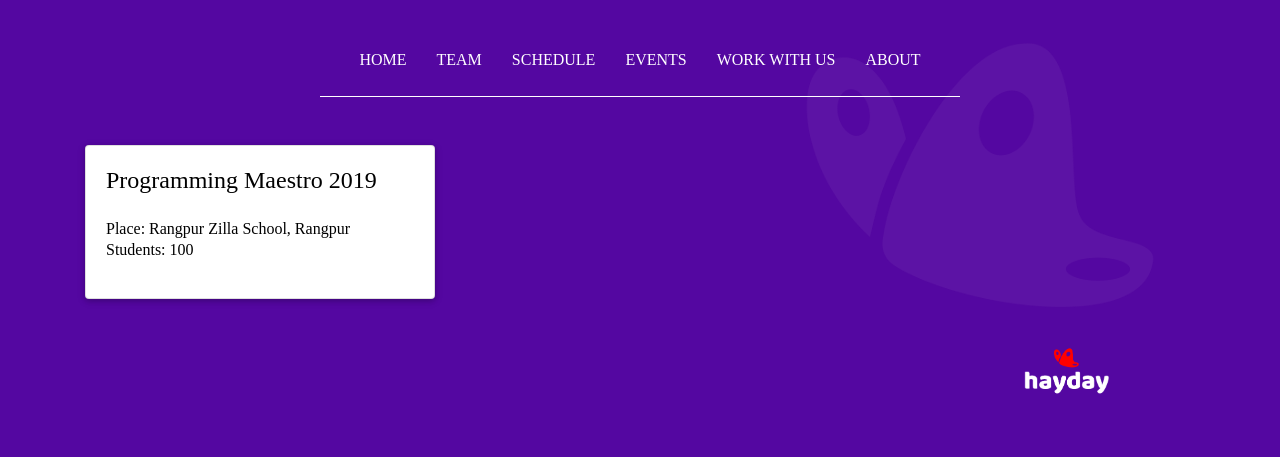
Repository: im1971/company-web
Page: event.html
The author's editor kept a copy of each file at every save. The page is drawn from the files as they stood at one save, then again after the next save.
The browser window is 1280 px wide. The pictures show the whole page.
Some web fonts or font styles are not loaded; a fallback is used.

Above is the page before, as saved 2020-02-02 11:36:32.

### event.html
<!DOCTYPE html>
<html>

<head>
    <meta charset="utf-8">
    <meta name="viewport" content="width=device-width, initial-scale=1">
    <title>hayday</title>
    <link rel="shortcut icon" type="img/x-icon" href="img/fav.png" />
    <link rel="stylesheet" href="css/mdb.min.css">
    <link rel="stylesheet" href="css/bootstrap.min.css">
    <link rel="stylesheet" href="css/fontawesome.min.css">
    <link rel="stylesheet" href="css/all.min.css">
    <link rel="stylesheet" href="css/style.css">
    <!-- fonts -->
    <link href="https://fonts.googleapis.com/css?family=Baloo+Bhai&display=swap" rel="stylesheet">
    <!-- fonts -->

</head>

<body>

    <div class="wrap_hayday">
        <div class="back_img"></div>
        <div class="container-fluid">
            <div class="row justify-content-center pb-5">
                <div class="col-md-12">
                    <nav class="navbar navbar-expand-lg">
                        <button class="navbar-toggler" type="button" data-toggle="collapse" data-target="#navbarSupportedContent" aria-controls="navbarSupportedContent" aria-expanded="false" aria-label="Toggle navigation">
                            <i class="fas fa-bars"></i>
                        </button>

                        <div class="collapse navbar-collapse" id="navbarSupportedContent">

                            <ul class="navbar-nav m-auto text-uppercase">
                                <li class="nav-item active">
                                    <a class="nav-link" href="index.html">Home</a>
                                </li>
                                <li class="nav-item">
                                    <a class="nav-link" href="team.html">Team</a>
                                </li>
                                <li class="nav-item">
                                    <a class="nav-link" href="schedule.html">SCHEDULE</a>
                                </li>
                                <li class="nav-item">
                                    <a class="nav-link" href="event.html">Events</a>
                                </li>
                                <li class="nav-item">
                                    <a class="nav-link" href="workWithUs.html">Work With us</a>
                                </li>
                                <li class="nav-item">
                                    <a class="nav-link" href="about.html">About</a>
                                </li>
                            </ul>
                        </div>
                    </nav>
                </div>
                <div class="col-md-6 border_deco pt-3"></div>
            </div>
            <div class="container">
                <div class="row justify-content-start">
                    <div class="col-md-4">
                        <div class="card wrap_event">
                            <div class="card-body">
                                <h4 class="mb-4">Programming Maestro 2019</h4>
                                <h6 class="mb-0">Place: Rangpur Zilla School, Rangpur</h6>
                                <p>Students: 100</p>
                            </div>
                        </div>
                    </div>
                </div>
            </div>
            <div class="row justify-content-end my-5">
                <div class="col-md-4 m-autp">
                    <div class="middle_body">
                        <div class="logo">
                            <img src="img/logo.png" alt="" style="height: 50px">
                        </div>
                        <!-- <p>Read about our Inspiration</p> -->
                    </div>
                </div>
            </div>
        </div>
    </div>
    </div>



    <!-- <script src="https://code.jquery.com/jquery-3.4.1.slim.min.js" integrity="sha384-J6qa4849blE2+poT4WnyKhv5vZF5SrPo0iEjwBvKU7imGFAV0wwj1yYfoRSJoZ+n" crossorigin="anonymous"></script>
    <script src="https://cdn.jsdelivr.net/npm/popper.js@1.16.0/dist/umd/popper.min.js" integrity="sha384-Q6E9RHvbIyZFJoft+2mJbHaEWldlvI9IOYy5n3zV9zzTtmI3UksdQRVvoxMfooAo" crossorigin="anonymous"></script>
    <script src="https://stackpath.bootstrapcdn.com/bootstrap/4.4.1/js/bootstrap.min.js" integrity="sha384-wfSDF2E50Y2D1uUdj0O3uMBJnjuUD4Ih7YwaYd1iqfktj0Uod8GCExl3Og8ifwB6" crossorigin="anonymous"></script> -->

    <script type="text/javascript" src="js/jquery.min.js"></script>
    <!-- Bootstrap tooltips -->
    <script type="text/javascript" src="js/popper.min.js"></script>
    <!-- Bootstrap core JavaScript -->
    <script type="text/javascript" src="js/bootstrap.min.js"></script>
    <!-- MDB core JavaScript -->
    <script type="text/javascript" src="js/mdb.min.js"></script>


</body>

</html>

### css/style.css
body {
    padding: 0;
    margin: 0;
    background: #5407A1;
    color: #fff !important;
    font-family: 'Baloo Bhai', cursive;
    position: relative;
}


/* global */

html {
    overflow: scroll;
    overflow-x: hidden;
}

::-webkit-scrollbar {
    width: 0px;
    background: transparent;
}


/* Optional: show position indicator in red */

::-webkit-scrollbar-thumb {
    background: #FF0000;
}


/* global */

.back_img {
    background-image: url(../img/back.png);
    height: 350px;
    width: 600px;
    position: absolute;
    background-position: center center;
    background-size: cover;
    opacity: 5%;
    /* top: 30%; */
    right: 0;
}


/* header */

.wrap_hayday .navbar {
    box-shadow: none;
}

.wrap_hayday .container-fluid {
    min-height: 100vh;
}

.wrap_hayday nav .nav-link {
    padding-right: 15px !important;
    padding-left: 15px !important;
    color: #fff;
    font-family: 'Baloo Bhai', cursive;
}

.wrap_hayday .border_deco {
    border-bottom: .25px solid #fff;
}

.wrap_hayday nav .nav-link:hover {
    color: #FF0000;
    transition-duration: 0.5s;
}

.wrap_hayday .navbar {
    padding: 40px;
    padding-bottom: 0;
}


/* header */


/* middle body */

.wrap_hayday .middle_body_height {
    height: 50vh;
}

.wrap_hayday .middle_body {
    text-align: center;
}

.wrap_hayday .middle_body .logo img {
    height: 100px;
}

.wrap_hayday .others_page_middle {
    text-align: center;
    position: absolute;
    right: 30px;
    bottom: 0;
}

.wrap_hayday .others_page_middle img {
    height: 70px;
}


/* middle body */


/* footer-body */

.myprogress {
    min-width: 100%;
    margin: 0px auto;
    text-align: center;
}

.myprogress .circle {
    display: inline-block;
    background: #fff;
    width: 50px;
    height: 50px;
    border-radius: 80px;
    border: 1px solid #d5d5da;
    cursor: pointer;
}

.myprogress .circle:hover {
    background: #FF0000;
    color: #5407A1;
    transition-duration: 0.5s;
}

.myprogress .bar {
    position: relative;
    width: 100px;
    padding-right: 15px;
    font-family: none;
}

.myprogress .circle .label {
    display: inline-block;
    width: 40px;
    height: 40px;
    line-height: 30px;
    border-radius: 40px;
    font-size: 24px;
}

.myprogress .circle .title {
    color: #5407A1;
    font-size: 24px;
    line-height: 50px;
    cursor: pointer;
}

.myprogress .circle .title:hover {
    color: #fff;
}

.myprogress i {
    font-size: 11px;
}

.abc {
    animation: pulse 1s infinite;
    color: #FF0000;
}

.pulse {
    -webkit-animation-duration: 3s;
    -webkit-animation-delay: 2s;
    -webkit-animation-iteration-count: 5;
}

@-webkit-keyframes scroll {
    0% {
        -webkit-transform: translateX(0);
        transform: translateX(0);
    }
    100% {
        -webkit-transform: translateX(calc(-250px * 7));
        transform: translateX(calc(-250px * 7));
    }
}

@keyframes scroll {
    0% {
        -webkit-transform: translateX(0);
        transform: translateX(0);
    }
    100% {
        -webkit-transform: translateX(calc(-250px * 7));
        transform: translateX(calc(-250px * 7));
    }
}

.slider {
    /* background: white; */
    /* box-shadow: 0 10px 20px -5px rgba(0, 0, 0, 0.125); */
    height: 100px;
    margin: auto;
    overflow: hidden;
    position: relative;
    width: 960px;
}

.slider::before,
.slider::after {
    /* background: -webkit-gradient(linear, left top, right top, from(white), to(rgba(255, 255, 255, 0))); */
    /* background: linear-gradient(to right, white 0%, rgba(255, 255, 255, 0) 100%); */
    content: "";
    height: 100px;
    position: absolute;
    width: 200px;
    z-index: 2;
}

.slider::after {
    right: 0;
    top: 0;
    -webkit-transform: rotateZ(180deg);
    transform: rotateZ(180deg);
}

.slider::before {
    left: 0;
    top: 0;
}

.slider .slide-track {
    -webkit-animation: scroll 40s linear infinite;
    animation: scroll 40s linear infinite;
    display: -webkit-box;
    display: flex;
    width: calc(250px * 14);
}

.slider .slide {
    /* height: 100px; */
    /* width: 200px; */
    padding-right: 40px;
}


/* footer-body */


/* about hayday */

.accordion .card-header {
    padding: 0;
    background: #5407A1;
    margin-bottom: 0;
}

.accordion .card-header .btn-link {
    color: #fff;
    padding: 0;
}

.accordion .card {
    border: none;
    border-radius: 0;
}

.accordion i {
    position: absolute;
    right: 10px;
    top: 5px;
}

.accordion p {
    color: #000;
    font-family: serif;
    font-size: 15px;
}

.accordion h4 {
    color: #000;
    font-family: serif;
    font-weight: 700 !important;
    font-size: 22px;
}


/* about hayday */


/* work with us */

.outreach table.table th,
table.table td {
    padding: 3px 20px;
    color: #fff;
    border: none;
    font-family: auto;
}


/* work with us */


/* team */

.team .grid {
    padding-left: 0;
    padding-right: 0;
}

.team .team_image {
    background-image: url(../img/team/team-back.jpg);
    height: 600px;
    background-position: center center;
    background-size: cover;
}

.team .custom_hr {
    border-top: 3px solid #fff !important;
    width: 10% !important;
}

.team img {
    border-radius: 50%;
    margin: auto;
    border: 3px solid #dcdcdc;
}

.team .team_managemt img {
    height: 300px;
    width: 300px;
}

.team .team_volounteer img {
    height: 200px;
    width: 200px;
}

.team .wrap_team {
    display: flex;
    flex-direction: column;
    font-family: auto;
}


/* team */

.sponsor_footer p {
    font-family: auto;
    font-size: 14px;
}

.sponsor_footer p b {
    color: #FF0000;
}


/* events */

.event_wrap .title {
    font-family: auto;
}

.event_wrap .subtitle {
    font-family: auto;
}

.wrap_event {
    color: #000;
}


/* calender */


/*
*
* ==========================================
* CUSTOM UTIL CLASSES
* ==========================================
*
*/

.clearfix::after,
.calendar ol::after {
    content: ".";
    display: block;
    height: 0;
    clear: both;
    visibility: hidden;
}


/* ================
Calendar Styling */

.calendar {
    border-radius: 10px;
    font-family: auto;
}

.calendar .target_date {
    height: 30px;
    width: 30px;
    position: absolute;
    border-radius: 50%;
    left: -6px;
    top: 1px;
    background: #fff;
    opacity: 0.3;
}

.month {
    font-size: 2rem;
}

.calendar ol li {
    float: left;
    width: 14.28571%;
}

.calendar .day-names {
    border-bottom: 1px solid #eee;
}

.calendar .day-names li {
    text-transform: uppercase;
    margin-bottom: 0.5rem;
}

.calendar .days li {
    border-bottom: 1px solid #eee;
    /* min-height: 8rem; */
}

.calendar .days li .date {
    margin: 0.25rem 0;
}

.calendar .days li .event {
    font-size: 0.75rem;
    padding: 0.4rem;
    color: white;
    white-space: nowrap;
    overflow: hidden;
    text-overflow: ellipsis;
    border-radius: 4rem;
    margin-bottom: 1px;
}

.calendar .days li .event.span-2 {
    width: 200%;
}

.calendar .days li .event.begin {
    border-radius: 1rem 0 0 1rem;
}

.calendar .days li .event.end {
    border-radius: 0 1rem 1rem 0;
}

.calendar .days li .event.clear {
    background: none;
}

.calendar .days li:nth-child(n+29) {
    border-bottom: none;
}

.calendar .days li.outside .date {
    color: #ddd;
}


/* calender */


/* timer */

#timer div {
    display: inline-block;
    line-height: 1;
    padding: 20px 40px 0 0;
    padding-bottom: 0;
    font-family: auto;
}

#timer span {
    display: block;
    font-size: 20px;
    color: white;
}

#timer #days,
#timer #hours,
#timer #minutes,
#timer #seconds {
    font-size: 50px;
}

#timer #seconds {
    font-size: 30px;
}


/* timer */


/* events */


/* media query */

@media (min-width: 1367px) {
    .sponsor_footer p {
        font-size: 18px;
        margin-top: 40px;
    }
    .outreach table.table th,
    table.table td,
    .accordion p,
    .myprogress .bar {
        font-size: 18px;
    }
    .outreach h4 {
        margin-top: 30px;
        margin-bottom: 20px;
    }
    .accordion .card-header .btn-link {
        font-size: 22px;
    }
    .accordion {
        margin-top: 30px;
    }
    .wrap_hayday .middle_body .logo img {
        height: 145px;
    }
    .wrap_hayday .middle_body p {
        font-size: 22px;
    }
    .wrap_hayday .step_command {
        font-family: auto;
        font-size: 22px;
    }
}

@media (max-width: 567px) {
    .wrap_hayday .navbar {
        padding: 20px 0 0;
    }
    .fa-bars {
        color: #fff;
    }
    .wrap_hayday .middle_body .logo img {
        height: 140px;
        margin-bottom: 28px;
    }
    .back_img {
        height: 150px;
        width: 200px;
    }
    .wrap_hayday .middle_body_height {
        height: 35vh;
    }
    .myprogress .circle {
        display: block;
        margin: auto;
        margin-top: 20px;
    }
    .myprogress .bar {
        padding-right: 0;
        font-family: none;
        font-size: 18px;
    }
    .team .team_image {
        height: 200px;
    }
    .team .custom_hr {
        width: 50% !important;
    }
    .team .team_managemt img {
        height: 150px;
        width: 150px;
    }
    .team .team_volounteer img {
        height: 120px;
        width: 120px;
    }
    .team .card-title {
        font-size: 26px;
    }
    .team .wrap_team {
        margin-bottom: 30px;
    }
    .sponsor_footer p {
        margin-bottom: 20px !important;
    }
    .calendar {
        padding-left: 0 !important;
        margin-top: 30px;
    }
    .event_wrap .title {
        font-size: 22px;
    }
    .event_wrap button {
        margin-bottom: 40px !important;
    }
    #timer #days,
    #timer #hours,
    #timer #minutes,
    #timer #seconds {
        font-size: 35px;
        margin: auto;
    }
    #timer span {
        font-size: 14px;
    }
    #timer div {
        padding: 0px 26px 0 0;
    }
    #timer {
        background: #8500ff82;
        display: flex;
        padding: 20px;
    }
    .classroom img {
        width: 150px;
    }
}

Loaded but not shown: css/mdb.min.css (library); css/bootstrap.min.css (library); css/fontawesome.min.css (library); css/all.min.css (library); js/jquery.min.js (library); js/popper.min.js (library); js/bootstrap.min.js (library); js/mdb.min.js (library)

After the next save:
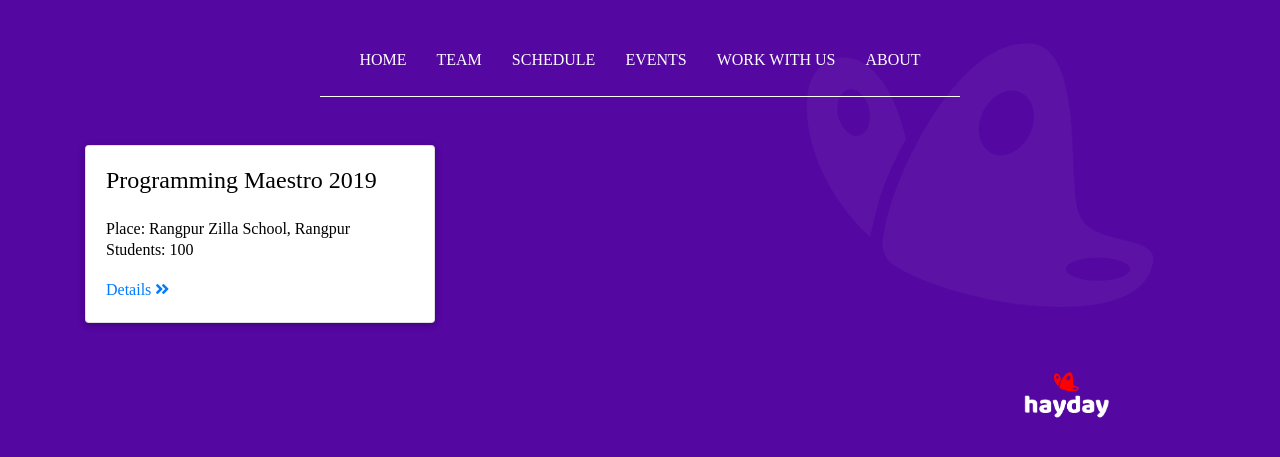
Saved 2 min 23 s later.
--- a/event.html
+++ b/event.html
@@ -64,6 +64,7 @@
                                 <h4 class="mb-4">Programming Maestro 2019</h4>
                                 <h6 class="mb-0">Place: Rangpur Zilla School, Rangpur</h6>
                                 <p>Students: 100</p>
+                                <a href="2019.html">Details <i class="fas fa-angle-double-right"></i></a>
                             </div>
                         </div>
                     </div>
